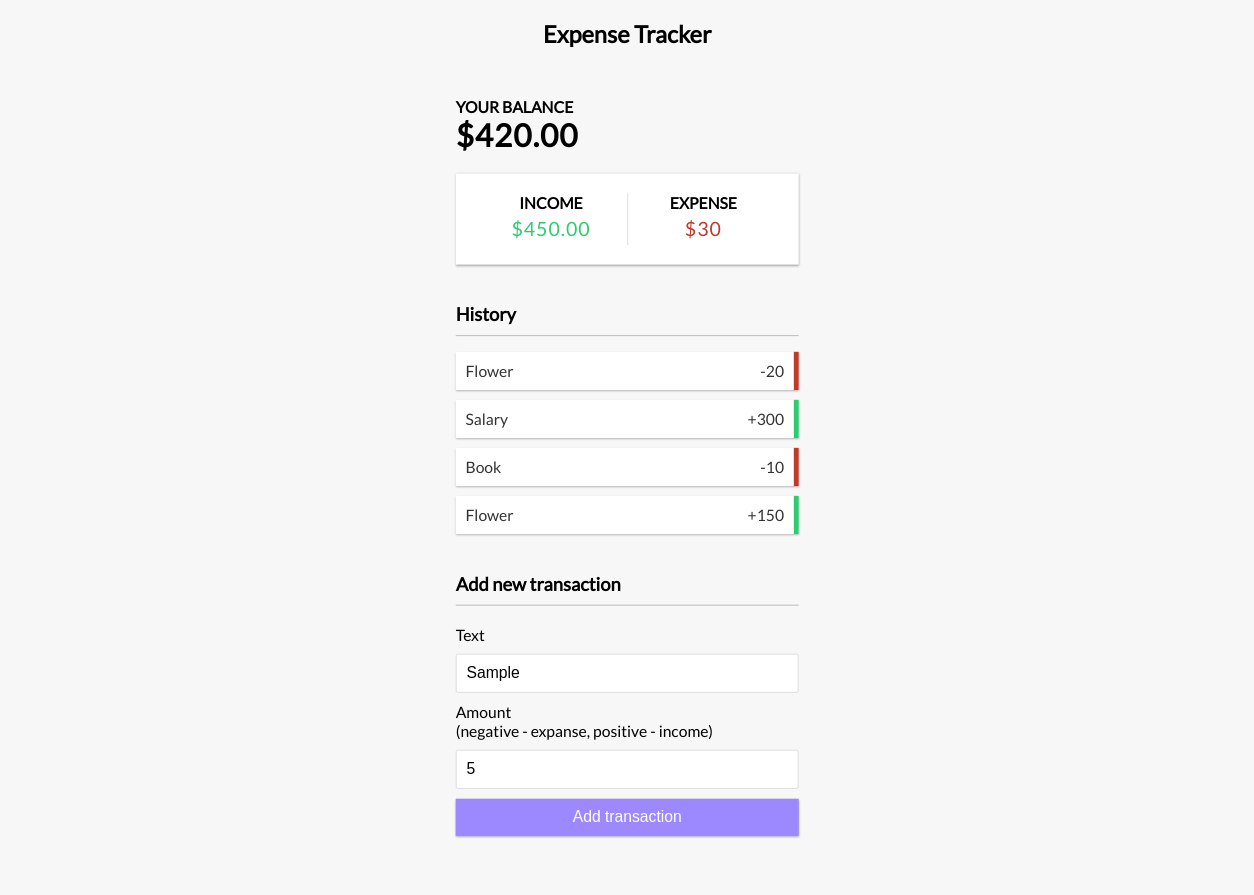
Repository: Youvelop/expenseTracker
Page: index.html
The author's editor kept a copy of each file at every save. The page is drawn from the files as they stood at one save, then again after the next save.
The browser window is 1280 px wide. The pictures show the whole page, at 98% of full size.
Empty fields were first filled with sample values (such as "Sample", 5 or name@example.com).
After loading, the first visible `#form` was submitted once.

Above is the page before, as saved 2020-06-30 15:23:58.

### index.html
<!DOCTYPE html>
<html lang="en">
  <head>
    <meta charset="UTF-8" />
    <meta name="viewport" content="width=device-width, initial-scale=1.0" />
    <link rel="stylesheet" href="style.css" />
    <title>Expense Tracker</title>
  </head>
  <body>
    <h2>Expense Tracker</h2>

    <div class="container">
      <h4>Your Balance</h4>
      <h1 id="balance">$0.00</h1>

      <div class="inc-exp-container">
        <div>
          <h4>Income</h4>
          <p id="money-plus" class="money plus">+$0.00</p>
        </div>
        <div>
          <h4>Expense</h4>
          <p id="money-minus" class="money minus">+$0.00</p>
        </div>
      </div>

      <h3>History</h3>
      <ul id="list" class="list">
        <!-- <li class="minus">
          Cash <span>-$400</span><button class="delete-btn">x</button>
        </li> -->
      </ul>

      <h3>Add new transaction</h3>
      <form id="form">
        <div class="form-control">
          <label for="text">Text</label>
          <input type="text" id="text" placeholder="Enter text..." />
        </div>
        <div class="form-control">
          <label for="amount"
            >Amount <br />
            (negative - expanse, positive - income)</label
          >
          <input type="number" id="amount" placeholder="Enter amount..." />
        </div>
        <button class="btn">Add transaction</button>
      </form>
    </div>
    <script src="script.js"></script>
  </body>
</html>

### style.css
@import url('https://fonts.googleapis.com/css?family=Lato&display=swap');

:root {
  --box-shadow: 0 1px 3px rgba(0, 0, 0, 0.12), 0 1px 2px rgba(0, 0, 0, 0.24);
}

* {
  box-sizing: border-box;
}
body {
  background-color: #f7f7f7;
  display: flex;
  flex-direction: column;
  align-items: center;
  justify-content: center;
  min-height: 100vh;
  margin: 0;
  font-family: 'Lato', sans-serif;
}

.container {
  margin: 30px auto;
  width: 350px;
}

h1 {
  letter-spacing: 1px;
  margin: 0;
}

h3 {
  border-bottom: 1px solid #bbb;
  padding-bottom: 10px;
  margin: 40px 0 10px;
}

h4 {
  margin: 0;
  text-transform: uppercase;
}

.inc-exp-container {
  background-color: #fff;
  box-shadow: var(--box-shadow);
  padding: 20px;
  display: flex;
  justify-content: space-between;
  margin: 20px 0;
}

.inc-exp-container > div {
  flex: 1;
  text-align: center;
}

.inc-exp-container > div:first-of-type {
  border-right: 1px solid #dedede;
}

.money {
  font-size: 20px;
  letter-spacing: 1px;
  margin: 5px 0;
}

.money.plus {
  color: #2ecc71;
}
.money.minus {
  color: #c0392b;
}

label {
  display: inline-block;
  margin: 10px 0;
}

input[type='text'],
input[type='number'] {
  border: 1px solid #dedede;
  border-radius: 2px;
  display: block;
  font-size: 16px;
  padding: 10px;
  width: 100%;
}

.btn {
  cursor: pointer;
  background-color: #9c88ff;
  box-shadow: var(--box-shadow);
  color: #fff;
  border: 0;
  display: block;
  font-size: 16px;
  margin: 10px 0 30px;
  padding: 10px;
  width: 100%;
}
.btn:focus,
.delete-btn:focus {
  outline: 0;
}

.list {
  list-style-type: none;
  padding: 0;
  margin-bottom: 40px;
}

.list li {
  background-color: white;
  box-shadow: var(--box-shadow);
  color: #333;
  display: flex;
  justify-content: space-between;
  position: relative;
  padding: 10px;
  margin: 10px 0;
}

.list li.minus {
  border-right: 5px solid #c0392b;
}
.list li.plus {
  border-right: 5px solid #2ecc71;
}

.delete-btn {
  cursor: pointer;
  background-color: #e74c3c;
  border: 0;
  color: #fff;
  font-size: 20px;
  line-height: 20px;
  padding: 2px 5px;
  position: absolute;
  top: 50%;
  left: 0;
  transform: translate(-100%, -50%);
  opacity: 0;
  transition: opacity 0.3s ease;
}

.list li:hover .delete-btn {
  opacity: 1;
}

### script.js
const balance = document.getElementById('balance');
const money_plus = document.getElementById('money-plus');
const money_minus = document.getElementById('money-minus');
const list = document.getElementById('list');
const form = document.getElementById('form');
const text = document.getElementById('text');
const amount = document.getElementById('amount');

const dummyTransactions = [
  {
    id: 1,
    text: 'Flower',
    amount: -20,
  },
  {
    id: 2,
    text: 'Salary',
    amount: 300,
  },
  {
    id: 3,
    text: 'Book',
    amount: -10,
  },
  {
    id: 4,
    text: 'Flower',
    amount: 150,
  },
];

let transactions = dummyTransactions;

// Add transaction
function addTransaction(e) {
  e.preventDefault();

  if (text.value.trim() === '' || amount.value.trim() === '') {
    alert('Please add a text and amount!');
  } else {
    const transaction = {
      id: generateID(),
      text: text.value,
      amount: amount.value,
    };
    console.log(transaction);
  }
}
// Generate random ID
function generateID() {
  return Math.floor(Math.random() * 100000000);
}

// Add transactions to DOm list
function addTransactionDOM(transaction) {
  // Get sign
  const sign = transaction.amount < 0 ? '-' : '+';

  const item = document.createElement('li');
  // Add class based on value
  item.classList.add(transaction.amount < 0 ? 'minus' : 'plus');

  item.innerHTML = `
  ${transaction.text} <span>${sign}${Math.abs(
    transaction.amount
  )}</span> <button class="delete-btn">x</button>
  `;

  list.appendChild(item);
}

// Update the balance, income and expense
function updateValues() {
  const amounts = transactions.map((transaction) => transaction.amount);

  const total = amounts.reduce((acc, item) => (acc += item), 0).toFixed(2);

  const income = amounts
    .filter((item) => item > 0)
    .reduce((acc, item) => (acc += item), 0)
    .toFixed(2);

  const expense =
    amounts.filter((item) => item < 0).reduce((acc, item) => (acc += item), 0) *
    -1;

  balance.innerText = `$${total}`;
  money_plus.innerText = `$${income}`;
  money_minus.innerText = `$${expense}`;
}

// Init app
function init() {
  list.innerHTML = '';

  transactions.forEach(addTransactionDOM);
  updateValues();
}

init();

form.addEventListener('submit', addTransaction);

After the next save:
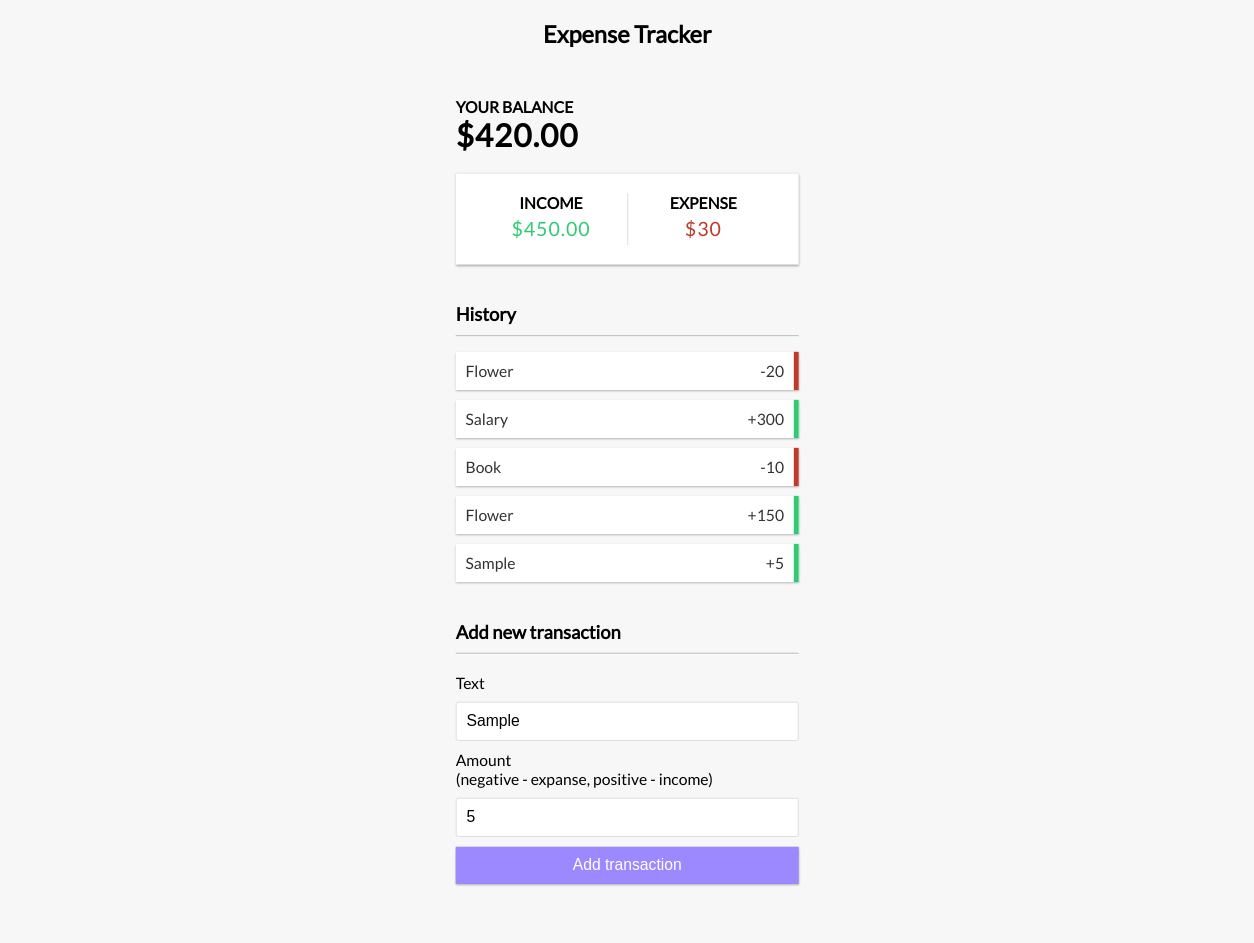
Console error: TypeError: amounts.reduce(...).toFixed is not a function
Saved 3 min 20 s later.
--- a/script.js
+++ b/script.js
@@ -43,7 +43,11 @@
       text: text.value,
       amount: amount.value,
     };
-    console.log(transaction);
+    transactions.push(transaction);
+    addTransactionDOM(transaction);
+    updateValues();
+    text.value = '';
+    amount.value = '';
   }
 }
 // Generate random ID

After the save that followed:
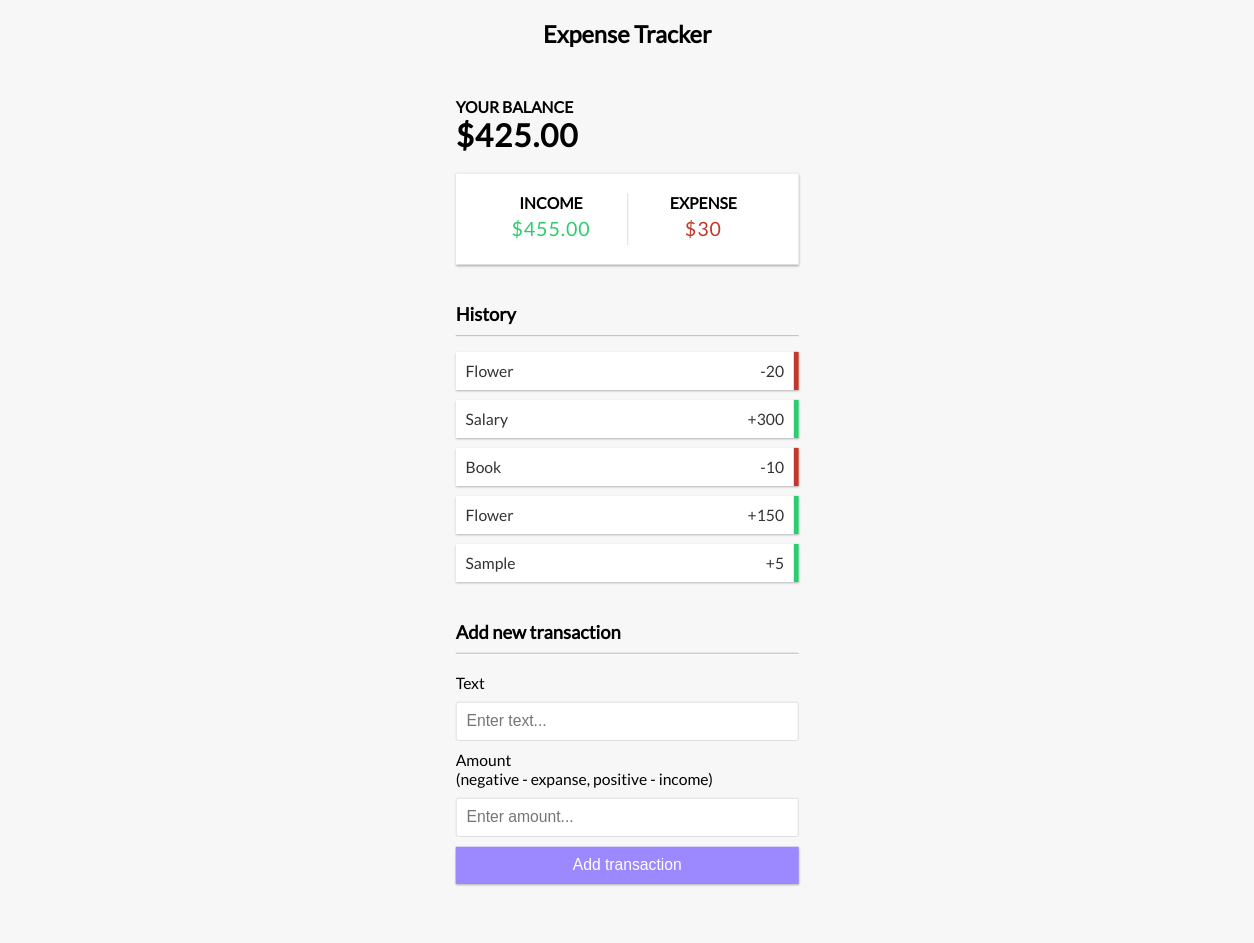
The error is gone.
Saved 92 s later.
--- a/script.js
+++ b/script.js
@@ -41,7 +41,7 @@
     const transaction = {
       id: generateID(),
       text: text.value,
-      amount: amount.value,
+      amount: +amount.value,
     };
     transactions.push(transaction);
     addTransactionDOM(transaction);
